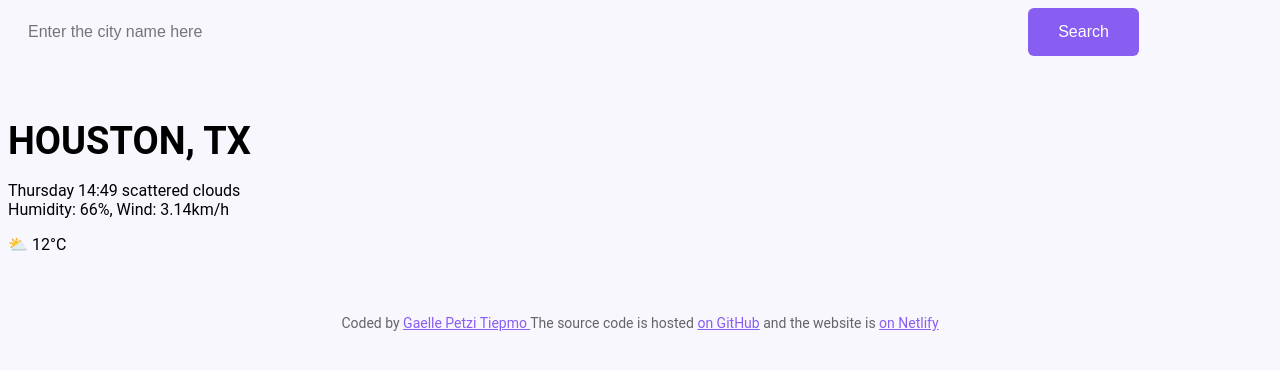
Repository: OnwardForward/meteo.by.gaelle
Page: meteo.appbygaelle.html
These files come from the project's save history. The page is drawn as it stood at one moment and after the next save; the edit follows.
The browser window is 1280 px wide. The pictures show the whole page.

Above is the page before, as saved 2024-04-18 15:26:36.

### meteo.appbygaelle.html
<!DOCTYPE html>
<html lang="en">
<head>
    <meta charset="UTF-8">
    <meta name="viewport" content="width=device-width, initial-scale=1.0">
    <title>Meteo By Gaelle</title>
    <link rel="stylesheet" href="src\styles.css" />
</head>
<body>
    <div class="meteo-app">
    <header>
    <form class="search-form">
        <input type="search" placeholder="Enter the city name here" required class="search-form-input" />
        <input type="submit" value="Search" class="search-form-button" />
    </form>
   </header>
   <main>
    <div class="meteo-app-data"></div>
    <div>
        <h1 class="weather-app-city">HOUSTON, TX</h1>
        <p>
            Thursday 14:49 scattered clouds
            <br />
            Humidity: 66%, Wind: 3.14km/h
        </p>
    </div>
    <div>⛅ 12°C </div>
   </main>




</body>
<footer>
    Coded by <a href="https://github.com/OnwardForward" target="_blank"> Gaelle Petzi Tiepmo </a>
    The source code is hosted <a href="https://github.com/OnwardForward/meteo.by.gaelle" target="_blank">on GitHub</a>
    and the website is <a href="https://meteo-app-by-gaellept.netlify.app/" target="_blank"> on Netlify</a>
</footer>
</html>

### src/styles.css
body {
  background-color: #f9f7fe;
  font-family: "Roboto", sans-serif;
}

a {
  color: #885df1;
}

.weather-app {
  background: white;
  max-width: 600px;
  margin: 45px auto;
  box-shadow: 0 30px 50px rgba(65, 50, 100, 0.08);
  border-radius: 16px;
  padding: 30px;
}

header {
  border-bottom: 1px solid #f9f7fe;
  padding: 0 0 30px 0;
}

.search-form-input {
  background-color: #f9f7fe;
  border: none;
  border-radius: 6px;
  width: 80%;
  font-size: 16px;
  padding: 15px 20px;
}

.search-form-button {
  background: #885df1;
  padding: 15px 30px;
  border: none;
  font-size: 16px;
  margin-left: 5px;
  border-radius: 6px;
  color: white;
}

main {
  padding: 30px 0;
}

.weather-app-data {
  display: flex;
  justify-content: space-between;
}

.weather-app-city {
  margin: 0;
  font-size: 38px;
  line-height: 48px;
}

.weather-app-details {
  font-size: 16px;
  color: rgba(39, 33, 66, 0.4);
  line-height: 24px;
  font-weight: 500;
}

.weather-app-details strong {
  color: #f65282;
}

.weather-app-temperature-container {
  display: flex;
}

.weather-app-icon {
  font-size: 44px;
  margin-top: 22px;
}

.weather-app-temperature {
  font-size: 88px;
  margin-left: 10px;
  font-weight: bold;
}

.weatehr-app-unit {
  margin-top: 16px;
  font-size: 28px;
}

footer {
  border-top: 1px solid #f9f7fe;
  padding: 30px 0 0 0;
  text-align: center;
  font-size: 14px;
  color: rgba(0, 0, 0, 0.6);
}

After the next save:
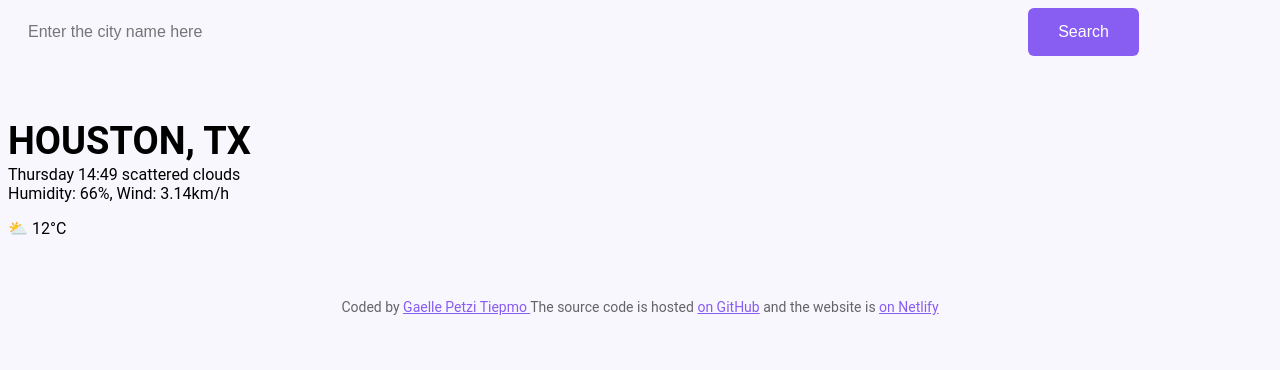
Saved 5 min 50 s later.
--- a/meteo.appbygaelle.html
+++ b/meteo.appbygaelle.html
@@ -18,7 +18,7 @@
     <div class="meteo-app-data"></div>
     <div>
         <h1 class="weather-app-city">HOUSTON, TX</h1>
-        <p>
+        <pclass="weather-app-details">
             Thursday 14:49 scattered clouds
             <br />
             Humidity: 66%, Wind: 3.14km/h
